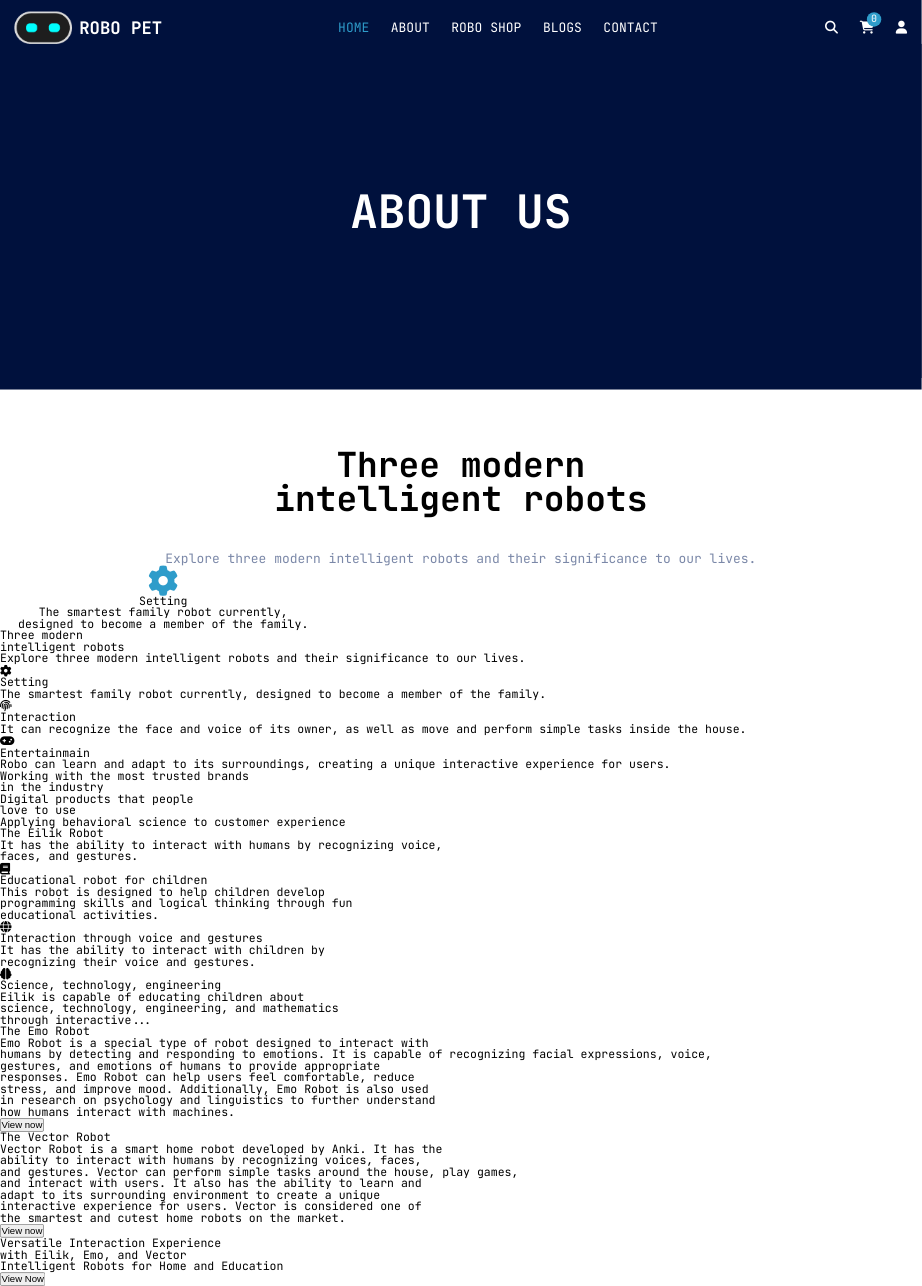
Repository: trietle101/du-an-1
Page: http://localhost/about.html
The author's editor kept a copy of each file at every save. The page is drawn from the files as they stood at one save, then again after the next save.
The browser window is 1280 px wide. The pictures show the whole page, at 72% of full size.
Some web libraries are served in a nearby version. The page is run by PHP 8.4 with error messages shown; the project is at /var/www/html/.

Above is the page before, as saved 2023-03-12 22:31:25.

### about.html
<!DOCTYPE html>
<html lang="en">
  <head>
    <meta charset="UTF-8" />
    <meta http-equiv="X-UA-Compatible" content="IE=edge" />
    <meta name="viewport" content="width=device-width, initial-scale=1.0" />
    <title>About</title>
    <link rel="stylesheet" href="assets/css/reset.css" />
    <link rel="preconnect" href="https://fonts.googleapis.com" />
    <link rel="preconnect" href="https://fonts.gstatic.com" crossorigin />
    <link rel="stylesheet" href="assets/css/about.css">
    <link
      href="https://fonts.googleapis.com/css2?family=JetBrains+Mono:wght@300;400;500;700&display=swap"
      rel="stylesheet"
    />
    <script
      src="https://kit.fontawesome.com/08ee78edd1.js"
      crossorigin="anonymous"
    ></script>
  </head>
  <body>
    <header class="header">
      <div class="container">
        <nav class="header-nav">
          <a href="#" class="header-logo">
            <img src="assets/img/logo.png" />
            <span>ROBO PET</span>
          </a>

          <ul class="nav__list">
            <li class="nav__item">
              <a href="#" class="nav__link active">Home</a>
            </li>
            <li class="nav__item">
              <a href="#" class="nav__link">About</a>
            </li>
            <li class="nav__item">
              <a href="#" class="nav__link">Robo shop</a>
            </li>
            <li class="nav__item">
              <a href="#" class="nav__link">Blogs</a>
            </li>
            <li class="nav__item">
              <a href="#" class="nav__link">Contact</a>
            </li>
          </ul>

          <ul class="nav__list">
            <li class="nav__item">
              <a href="" class="nav__link"
                ><i class="fa-solid fa-magnifying-glass"></i
              ></a>
            </li>
            <li class="nav__item">
              <a href="" class="nav__link absolute">
                <i class="fa-solid fa-cart-shopping"></i>
                <span>0</span>
              </a>
            </li>
            <li class="nav__item">
              <a href="" class="nav__link"><i class="fa-solid fa-user"></i></a>
            </li>
          </ul>
        </nav>
      </div>
      <div class="header-banner">
        <div class="container">
          <h1 class="banner-title">ABOUT US</h1>
        </div>
      </div>
    </header>
    <section class="modern">
      <div class="container">
        <h2 class="modern-title">Three modern <br> intelligent robots</h2>
        <p class="modern-desc">Explore three modern intelligent robots and their significance to our lives.</p>
        <div class="modern-box">
          <div class="modern-item">
            <div class="modern-center">
              <i class="fa-solid fa-gear"></i>
              <h3 class="modern-box-title">Setting</h3>
              <p class="modern-box-desc">The smartest family robot currently, designed to become a member of the family.</p>
            </div>
          </div>
        </div>
      </div>
    </section>

    <!--phần banner-->
    <div class="banner">
           </div>
           <div class="name2">
            <h2>Three modern <br>
              intelligent robots</h2>
            <p>Explore three modern intelligent robots and their significance to our lives.</p>

        <div class="box-top">
            <div class="namebox">
                <i class="fa-solid fa-gear"></i>
                <h3>Setting</h3>
                <p>The smartest family robot currently, designed to become a member of the family.</p>
            </div>


            <div  class="namebox">
              <i class="fa-solid fa-fingerprint"></i>
                <h3>Interaction</h3>
                <p>It can recognize the face and voice of its owner, as well as move and perform simple tasks inside the house.</p>
            </div>


            <div class="namebox">
              <i class="fa-solid fa-gamepad"></i>
                <h3>Entertainmain</h3>
                <p>Robo can learn and adapt to its surroundings, creating a unique interactive experience for users.</p>
            </div>
        </div>

        <div class="name2">
          <h2>Working with the most trusted brands <br> in the industry</h2>
        </div>

        <div class="banner2">
        </div>
        <div class="namebanner2">
          <h4>Digital products that people <br> love to use</h4>
          <p>Applying behavioral science to customer experience</p>
          <div class="box-text">
            <h5>The Eilik Robot</h5>
            <p>It has the ability to interact with humans by recognizing voice,<br> faces, and gestures.</p>
               <div class="box-content">
                <i class="fa-solid fa-book"></i>
                <h6>Educational robot for children</h6>
                <p>This robot is designed to help children develop <br> programming skills and logical thinking through fun <br> educational activities.</p>
               </div>

               <div class="box-content">
                <i class="fa-solid fa-globe"></i>
                <h6>Interaction through voice and gestures</h6>
                <p>It has the ability to interact with children by <br> recognizing their voice and gestures.</p>
               </div>

               <div class="box-content">
                <i class="fa-solid fa-brain"></i>
                <h6>Science, technology, engineering</h6>
                <p> Eilik is capable of educating children about <br> science, technology, engineering, and mathematics <br> through interactive...</p>
               </div>

          </div>
          <div class="box-content2">
            <h6>The Emo Robot</h6>
            <p>Emo Robot is a special type of robot designed to interact with <br> humans by detecting and responding to emotions.

              It is capable of recognizing facial expressions, voice,<br>  gestures, and emotions of humans to provide appropriate <br> responses. Emo Robot can help users feel comfortable, reduce <br> stress, and improve mood. Additionally, Emo Robot is also used <br> in research on psychology and linguistics to further understand <br> how humans interact with machines.</p>
          </div>

          <button>View now</button>

          <div class="box-content3">
            <h6>The Vector Robot</h6>
            <p>Vector Robot is a smart home robot developed by Anki. It has  the <br> ability to interact with humans by recognizing voices, faces, <br> and gestures.

              Vector can perform simple tasks around the house, play games, <br> and interact with users. It also has the ability to learn and <br> adapt to its surrounding environment to create a unique <br> interactive experience for users. Vector is considered one of <br> the smartest and cutest home robots on the market.</p>
              <button>View now</button>
            </div>
        </div>
        <div class="endbanner">
          <h2>Versatile Interaction Experience <br> with Eilik, Emo, and Vector</h2>
                <p>Intelligent Robots for Home and Education</p>
                <button>View Now</button>
        </div>
  </body>
  <script src="assets/script/script.js"></script>
</html>

### assets/css/reset.css
/* http://meyerweb.com/eric/tools/css/reset/
   v2.0 | 20110126
   License: none (public domain)
*/
html,
body,
div,
span,
applet,
object,
iframe,
h1,
h2,
h3,
h4,
h5,
h6,
p,
blockquote,
pre,
a,
abbr,
acronym,
address,
big,
cite,
code,
del,
dfn,
em,
img,
ins,
kbd,
q,
s,
samp,
small,
strike,
strong,
sub,
sup,
tt,
var,
b,
u,
i,
center,
dl,
dt,
dd,
ol,
ul,
li,
fieldset,
form,
label,
legend,
table,
caption,
tbody,
tfoot,
thead,
tr,
th,
td,
article,
aside,
canvas,
details,
embed,
figure,
figcaption,
footer,
header,
hgroup,
menu,
nav,
output,
ruby,
section,
summary,
time,
mark,
audio,
video {
  margin: 0;
  padding: 0;
  border: 0;
  font-size: 100%;
  font: inherit;
  vertical-align: baseline;
}

/* HTML5 display-role reset for older browsers */
article,
aside,
details,
figcaption,
figure,
footer,
header,
hgroup,
menu,
nav,
section {
  display: block;
}

body {
  line-height: 1;
}

ol,
ul {
  list-style: none;
}

blockquote,
q {
  quotes: none;
}

blockquote:before,
blockquote:after,
q:before,
q:after {
  content: "";
  content: none;
}

table {
  border-collapse: collapse;
  border-spacing: 0;
}

*,
*:after,
*:before {
  margin: 0;
  padding: 0;
  box-sizing: border-box;
}
ul,
li {
  list-style-type: none;
}
a {
  text-decoration: none;
}

### assets/css/about.css
:root {
  --primary-color: #00113d;
  --secondary-color: #2e9cca;
}

html {
  box-sizing: border-box;
}

img {
  display: block;
  max-width: 100%;
}

body {
  font-family: "JetBrains Mono", sans-serif;
  min-height: 100vh;
  margin: 0;
}
header {
  background: var(--primary-color);
  padding: 1em 0;
  width: 100%;
}
.container {
  max-width: 1240px;
  margin: 0 auto;
}

.header-nav {
  display: flex;
  justify-content: space-between;
  align-items: center;
  flex-wrap: nowrap;
}

.header-logo {
  display: flex;
  justify-content: center;
  align-items: center;
}

.header-logo span {
  text-decoration: none;
  color: #fff;
  font-size: 24px;
  font-weight: bold;
  margin-right: 0.5em;
  margin-left: 10px;
}

.nav__list {
  display: flex;
  justify-content: space-between;
  align-items: center;
  flex-wrap: nowrap;
}

.nav__item:not(:first-child) {
  margin-left: 30px;
}

.nav__link {
  color: #fff;
  text-decoration: none;
  text-transform: uppercase;
  transition: 0.3s ease-in-out;
  font-size: 18px;
}

.nav__link.active {
  color: var(--secondary-color);
}

.nav__link:hover {
  color: var(--secondary-color);
}

.nav__link:hover span {
  color: var(--secondary-color);
  background-color: #fff;
}

.nav__link.absolute {
  position: relative;
}

.nav__link span {
  position: absolute;
  display: inline-block;
  background-color: var(--secondary-color);
  width: 20px;
  height: 20px;
  font-size: 14px;
  text-align: center;
  padding-top: 2px;
  border-radius: 50%;
  top: -10px;
  left: 10px;
  transition: 0.3s ease-in-out;
}

.line-effect {
  width: 0;
  height: 2px;
  background-color: var(--secondary-color);
  position: fixed;
  pointer-events: none;
  transition: all 0.25s linear;
}
.header-banner {
  width: 100%;
  max-height: 500px;
  margin: 0 auto;
  background-color: #00113d;
  padding: 200px 0;
}
.banner-title {
  font-weight: 700;
  font-size: 64px;
  color: #fff;
  text-transform: uppercase;
  text-align: center;
}
.modern {
  padding-top: 80px;
}
.modern-title {
  font-weight: 700;
  font-size: 48px;
  text-align: center;
}
.modern-desc {
  font-weight: 400;
  font-size: 18px;
  color: #7b88a8;
  text-align: center;
  margin-top: 50px;
}
.modern-box {
  display: flex;
  justify-content: space-between;
  align-items: center;
  flex-wrap: nowrap;
}
.modern-item {
  max-width: 33.33%;
}
.modern-item i {
  font-size: 42px;
  color: var(--secondary-color);
}
.modern-center {
  text-align: center;
}

### assets/script/script.js
window.addEventListener("load", function () {
  // --- Menu ---
  const links = [...document.querySelectorAll(".nav__link")];
  links.forEach((item) => item.addEventListener("mouseenter", handleHoverLink));
  const line = document.createElement("div");
  line.classList = "line-effect";
  document.body.appendChild(line);

  function handleHoverLink(event) {
    const { left, top, width, height } = event.target.getBoundingClientRect();
    const offsetBottom = 5;
    line.style.width = `${width}px`;
    line.style.left = `${left}px`;
    line.style.top = `${top + height + offsetBottom}px`;
  }
  const menu = document.querySelector(".nav__list");
  menu.addEventListener("mouseleave", function () {
    line.style.width = 0;
  });

  const nav = document.querySelectorAll(".nav__link");
  nav.forEach((item) => {
    item.addEventListener("click", () => {
      nav.forEach((item) => {
        item.classList.remove("active");
      });
      item.classList.add("active");
    });
  });
});

After the next save:
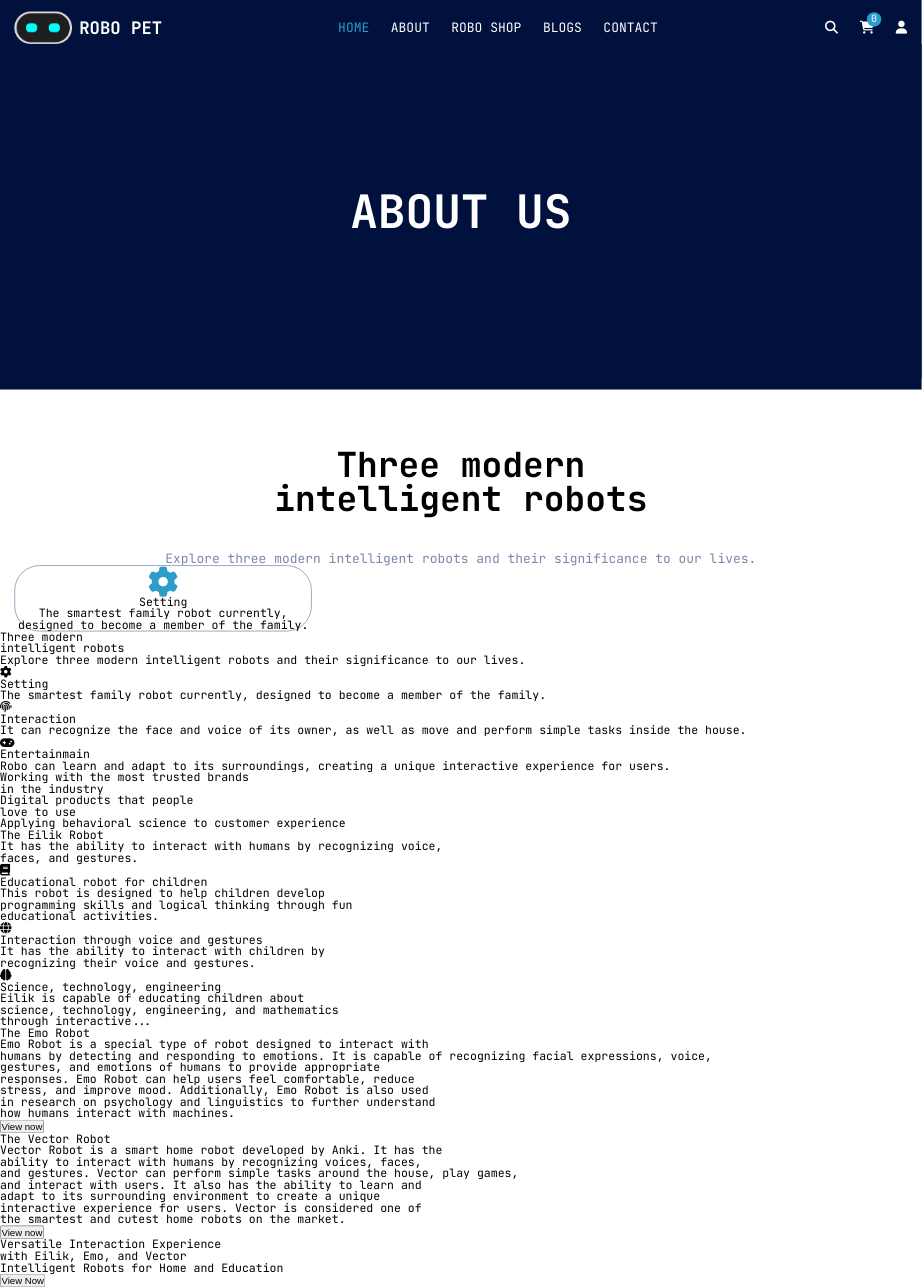
Saved 44 s later.
--- a/assets/css/about.css
+++ b/assets/css/about.css
@@ -145,6 +145,8 @@
 }
 .modern-item {
   max-width: 33.33%;
+  border: 1px solid #7b88a8;
+  border-radius: 35px;
 }
 .modern-item i {
   font-size: 42px;
